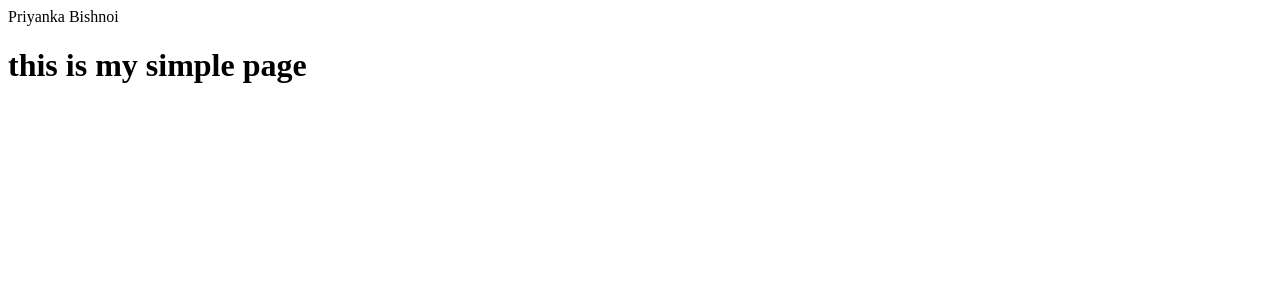
Repository: priyanka-bishnoi/PortfolioPage
Page: MyPage.html
The author's editor kept a copy of each file at every save. The page is drawn from the files as they stood at one save, then again after the next save.
The browser window is 1280 px wide. The pictures show the whole page.

Above is the page before, as saved 2022-10-06 23:32:35.

### MyPage.html
<html>
    <head>Priyanka Bishnoi</head>
    <body>
        <h1> this is my simple page </h1>
    </body>
</html>

After the next save:
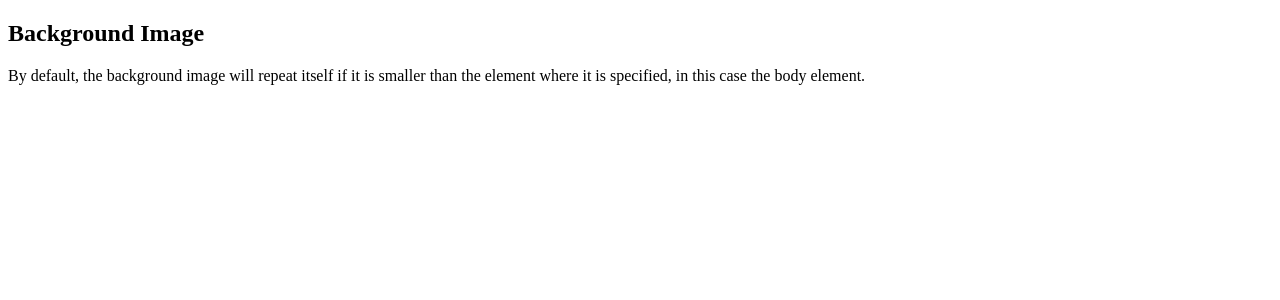
Not found: img_girl.jpg
Saved 3 min 31 s later.
--- a/MyPage.html
+++ b/MyPage.html
@@ -1,6 +1,17 @@
+<!DOCTYPE html>
 <html>
-    <head>Priyanka Bishnoi</head>
-    <body>
-        <h1> this is my simple page </h1>
-    </body>
+<head>
+<style>
+body {
+  background-image: url('img_girl.jpg');
+}
+</style>
+</head>
+<body>
+
+<h2>Background Image</h2>
+
+<p>By default, the background image will repeat itself if it is smaller than the element where it is specified, in this case the body element.</p>
+
+</body>
 </html>
